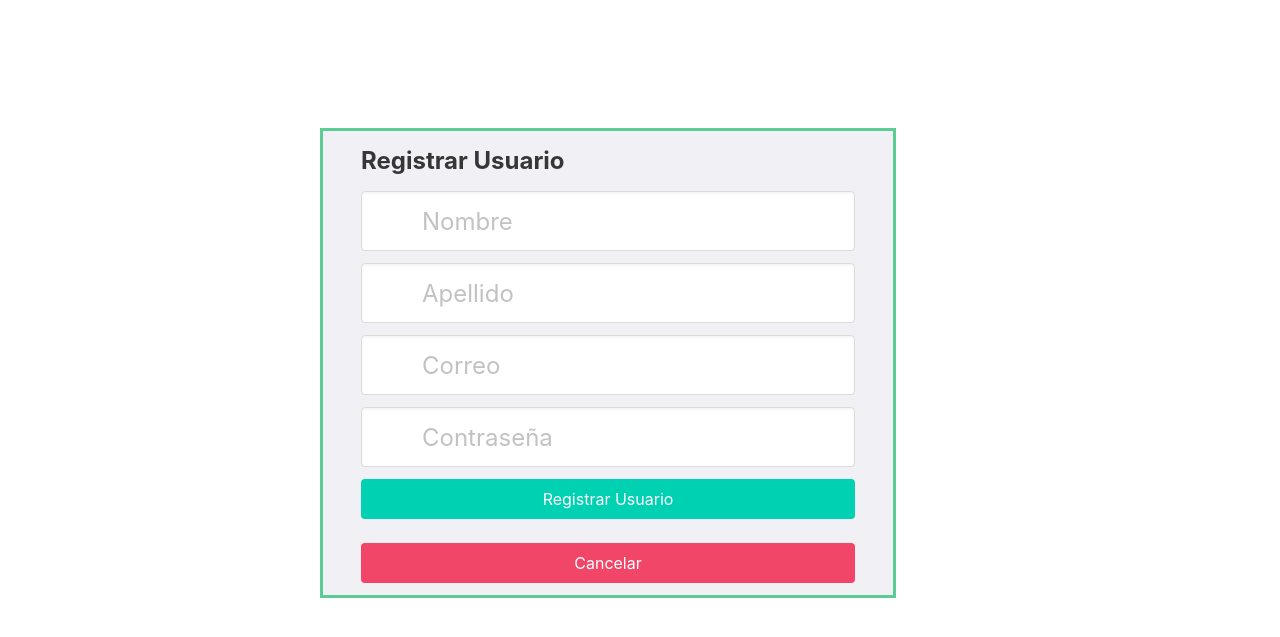
Repository: Spawnbig/ProyectoEspTec1
Page: /
These files come from the project's save history. The page is drawn as it stood at one moment and after the next save; the edit follows.
The browser window is 1280 px wide. The pictures show the whole page.
The project was rebuilt for these pictures with package versions that can differ from the ones it lists, and the page was loaded fresh each time. Also part of the build but not shown: vite.config.js, src/views/Dashboard.vue.

Above is the page before, as saved 2022-07-08 22:10:52.

### src/main.js
import { createApp } from 'vue'
import { createPinia } from 'pinia'
import App from './App.vue'
import router from './router'



const app = createApp(App)

app.use(createPinia())
app.use(router)

app.mount('#app')

### src/App.vue

<template>
  <RouterView />
</template>

<script>
export default{

}
</script>


<style>
@import "https://cdn.jsdelivr.net/npm/bulma@0.9.4/css/bulma.min.css";


</style>

### src/router/index.js
import { createRouter, createWebHistory } from 'vue-router'
import HomeView from '../views/HomeView.vue'
import Dashboard from '../views/Dashboard.vue'

const router = createRouter({
  history: createWebHistory(import.meta.env.BASE_URL),
  routes: [
    {
      path: '/',
      name: 'home',
      component: HomeView
    },
    {
      path: '/dashboard',
      name: 'dashboard',
      // route level code-splitting
      // this generates a separate chunk (About.[hash].js) for this route
      // which is lazy-loaded when the route is visited.
      component: Dashboard
    }
  ]
})

export default router

### src/views/HomeView.vue
<template>
  <CrearUsuario/>
</template>

<script >
import CrearUsuario from "../components/CrearUsuario.vue";

export default {
components:{CrearUsuario}
}

</script>


<style scoped>

</style>

### src/components/CrearUsuario.vue
<template>
<div id="Cuerpo" class="column is-offset-one-quarter">
<div class="field">
  <label class="label is-large">Registrar Usuario</label>
  <div class="control has-icons-left has-icons-right">
    <input class="input is-large" type="email" placeholder="Nombre">
    <span class="icon is-small is-left">
      <i class="fas fa-envelope fa-xs"></i>
    </span>
    <span class="icon is-small is-right">
      <i class="fas fa-check fa-xs"></i>
    </span>
  </div>
</div>

<div class="field">
  <div class="control has-icons-left has-icons-right">
    <input class="input is-large" type="email" placeholder="Apellido">
    <span class="icon is-left">
      <i class="fas fa-envelope fa-sm"></i>
    </span>
    <span class="icon is-right">
      <i class="fas fa-check fa-sm"></i>
    </span>
  </div>
</div>

<div class="field">
  <div class="control has-icons-left has-icons-right">
    <input class="input is-large" type="email" placeholder="Correo">
    <span class="icon is-large is-left">
      <i class="fas fa-envelope"></i>
    </span>
    <span class="icon is-large is-right">
      <i class="fas fa-check"></i>
    </span>
  </div>
</div>

<div class="field">
  <div class="control has-icons-left has-icons-right">
    <input class="input is-large" type="email" placeholder="Contraseña">
    <span class="icon is-medium is-left">
      <i class="fas fa-envelope fa-lg"></i>
    </span>
    <span class="icon is-medium is-right">
      <i class="fas fa-check fa-lg"></i>
    </span>
  </div>
</div>
<button class="button is-primary">Registrar Usuario</button>
<br>
 <button class="button is-danger">Cancelar</button>
</div>

</template>

<script>

export default {

}

</script>

<style scoped>
#Cuerpo{
  margin-top: 10%;
  margin-right: 30%;
   display: grid;
  place-content: center;
  border-style: solid;
  border-color:#5acd95;
  background-color:#f0f0f5 ;


}
</style>

Loaded but not shown: index.html (common file)

After the next save:
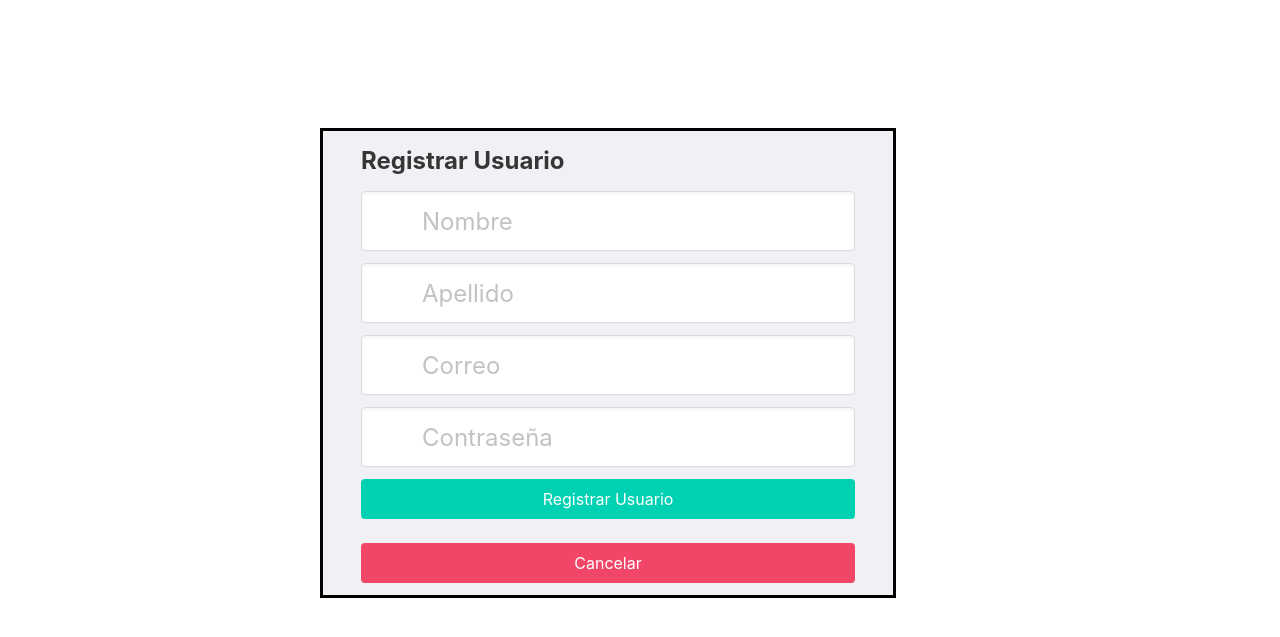
Saved 115 s later.
--- a/src/components/CrearUsuario.vue
+++ b/src/components/CrearUsuario.vue
@@ -70,9 +70,12 @@
    display: grid;
   place-content: center;
   border-style: solid;
-  border-color:#5acd95;
+  border-color:black;
   background-color:#f0f0f5 ;
 
 
 }
+.template{
+  backdrop-color:#006600 ;
+}
 </style>
